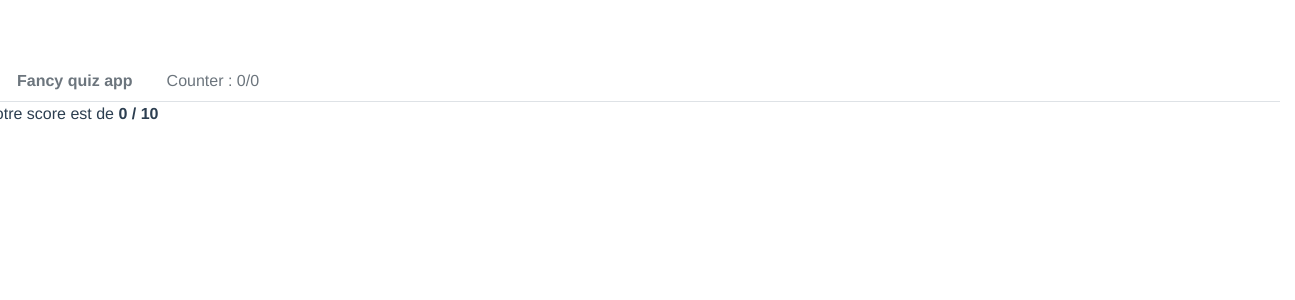
Repository: MomoDevlop/faso-quiz
Page: /
These files come from the project's save history. The page is drawn as it stood at one moment and after the next save; the edit follows.
The browser window is 1280 px wide. The page is 1295 px wide, then 1280 px, so the pictures cover 1295 px, including what lies to the right of the window. The pictures show the whole page.
The page's requests for data from a server got no answer. The project was rebuilt for these pictures with package versions that can differ from the ones it lists, and the page was loaded fresh each time. No one was signed in, and anything a server would have sent is missing. Also part of the build but not shown: src/components/questionBox.vue.

Above is the page before, as saved 2020-10-06 17:35:07.

After the next save:
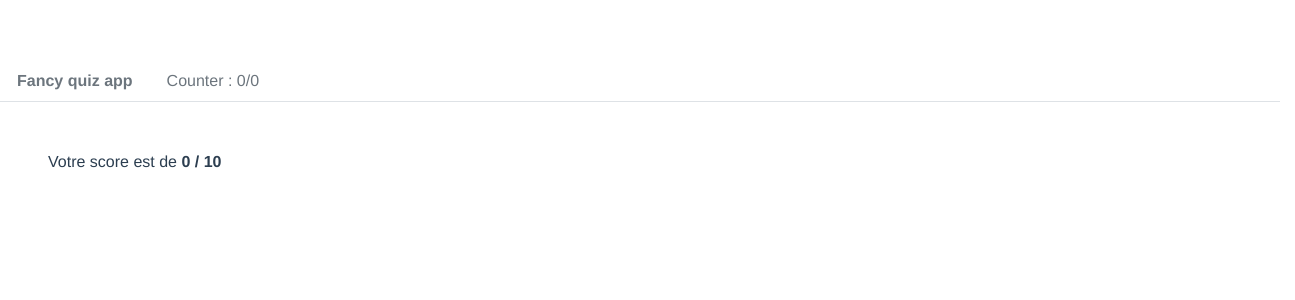
Saved 94 s later.
--- a/src/App.vue
+++ b/src/App.vue
@@ -6,9 +6,9 @@
     :numCorrect="numCorrect"
     :numTotal="numTotal"
     />
-    <div class="row">
+    <div class="row m-5">
       <div class="col-xs-12" v-show="isEnd">
-        <button class="btn btn-succes">
+        <button class="btn btn-succes ">
           Vous n'avez droit qu'à 10 questions!! Veuillez cliquer sur <strong> Reset </strong> pour recommencer
         </button>
 
